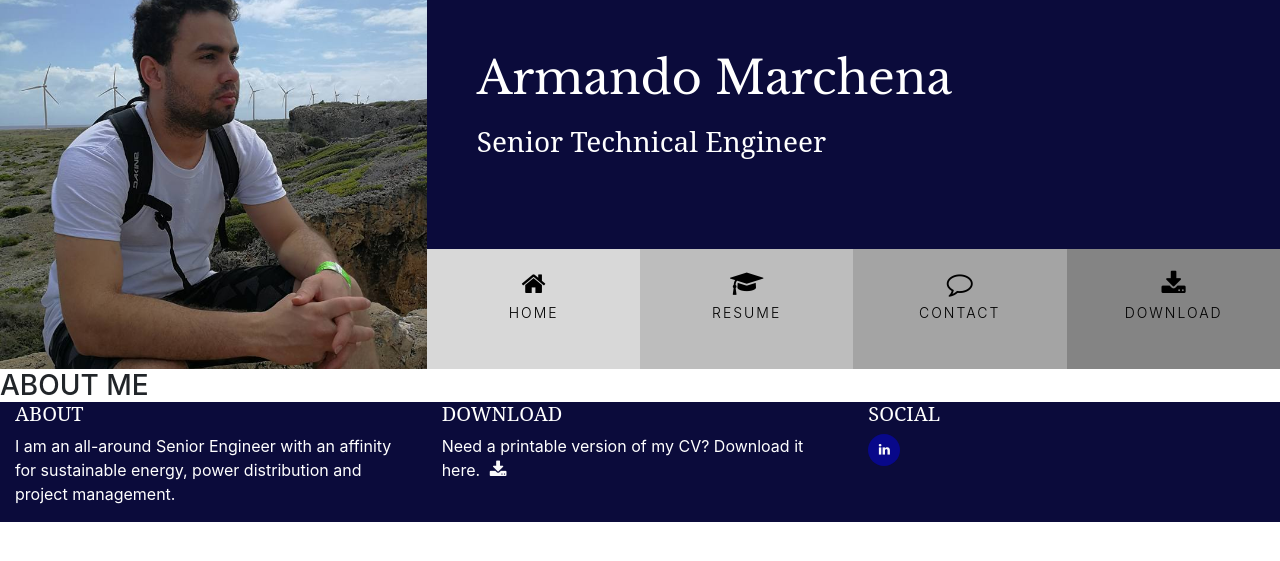
Repository: dugudugu/Resume-A-Marchena
Page: index.html
The author's editor kept a record of every edit. The page is drawn from the files as they stood at one moment, then again after the next edit.
The browser window is 1280 px wide. The pictures show the whole page.

Above is the page before.

### index.html
<!DOCTYPE html>
<html lang="en">

<head>
    <meta charset="UTF-8">
    <meta name="viewport" content="width=device-width, initial-scale=1.0">
    <meta http-equiv="X-UA-Compatible" content="ie=edge">
    <link rel="stylesheet" href="https://stackpath.bootstrapcdn.com/bootstrap/4.3.1/css/bootstrap.min.css" type="text/css" />
    <link rel="stylesheet" href="https://stackpath.bootstrapcdn.com/font-awesome/4.7.0/css/font-awesome.min.css" type="text/css" />
    <link rel="stylesheet" href="https://cdnjs.cloudflare.com/ajax/libs/hover.css/2.3.1/css/hover-min.css" type="text/css" />
    <link rel="stylesheet" href="assets/css/style.css" />
    <title>A. Marchena</title>
</head>

<body>

    <header>
        <div class="row no-gutters">
            <a href="index.html" class="col-md-4 logo"></a>

            <div class="col-md-8">
                <div class="row bg-color-name-title no-gutters">
                    <div class="col heading">
                        <h1 class="name"> Armando Marchena </h1>
                        <h2 class="title"> Senior Technical Engineer </h2>
                    </div>
                </div>

                <div class="row no-gutters">
                    <div class="col">
                        <ul id="nav" class="list-inline menucontainer">
                            <li class="col-6 col-sm-3 ui-menu-color-home list-inline-item menuitem">
                                <a href="#" class="hvr-sweep-to-bottom"><i class="fa fa-home" aria-hidden="true"></i><span>Home</span></a>
                            </li>
                            <li class="col-6 col-sm-3 ui-menu-color-resume list-inline-item menuitem">
                                <a href="#" class="hvr-sweep-to-bottom"><i class="fa fa-graduation-cap" aria-hidden="true"></i><span>Resume</span></a>
                            </li>
                            <li class="col-6 col-sm-3 ui-menu-color-contact list-inline-item menuitem">
                                <a href="#" class="hvr-sweep-to-bottom"><i class="fa fa-comment-o" aria-hidden="true"></i><span>Contact</span></a>
                            </li>
                            <li class="col-6 col-sm-3 ui-menu-color-download list-inline-item menuitem">
                                <a href="#" class="hvr-sweep-to-bottom"><i class="fa fa-download" aria-hidden="true"></i><span>Download</span></a>
                            </li>
                        </ul>
                    </div>
                </div>



            </div>
        </div>
    </header>

    <section class="container-fluid">
        <div class="row row-table">
            <div class="col-md-8-color-three-reasons section-column">
                <div class="row">
                    <div class="col">
                        <h3 class="section-heading uppercase">About Me</h3>
                    </div>
                </div>
            </div>
        </div>

    </section>

    <footer class="container-fluid">
        <div id="footer-details" class="row">
            <div class="col-sm-4">
                <h5 class="uppercase general-sub">About</h5>
                <p class="inline-block">
                    I am an all-around Senior Engineer with an affinity for sustainable energy, power distribution and project management.
                </p>
            </div>
            <div class="col-sm-4">
                <h5 class="uppercase general-sub">Download</h5>
                <p class="inline-block">
                    Need a printable version of my CV? Download it here.
                    <a href="#" target="_blank" class="cv-pdf">
                        <i class="fa fa-download" aria-hidden="true"></i>
                        <span class="sr-only">Download link.</span>
                        </a>
                </p>
            </div>
            <div class="col-sm-4">
                <h5 class="uppercase general-sub">Social</h5>
                <ul class="list-inline social-links">
                    <li class="list-inline-item">
                        <a target="_blank" href="#">
                            <i class="fa fa-linkedin" aria-hidden="true"></i>
                        <span class="sr-only">LinkedIn</span>
                        </a>
                    </li>
                </ul>
            </div>
        </div>
    </footer>


</body>


</html>

### assets/css/style.css
@import url('https://fonts.googleapis.com/css?family=Noto+Serif:100,200,300,400,500,600,700|Libre+Baskerville:100,200,300,400,500,600,700');

/*------------------------------------------Colors */

.bg-color-name-title {
    background-color: #0B0B3B;
}

.ui-menu-color-home {
    background-color: #D8D8D8;
}

.ui-menu-color-resume {
    background-color: #BDBDBD;
}

.ui-menu-color-contact {
    background-color: #A4A4A4;
}

.ui-menu-color-download {
    background-color: #848484;
}


/*------------------------------------------Special  */

h1,
h2,
h3,
h4 {
    margin: 0;
}

.uppercase {
    text-transform:uppercase;
}

.general-sub {
    font-family:"Noto Serif", sans-serif;
    font-weight:300;
    color: #fff;
}

.inline-block {
    display:inline-block;
}

/*------------------------------------------Heading */

header {
    margin: 0;

}

.heading {
    margin-left: 50px;
}

.logo {
    background: url("../images/A. Marchena.jpg");
    background-position: center;
    background-repeat: no-repeat;
    background-size: cover;
    min-height: 360px;
    transition: all .5s ease-in-out;
    -moz-transition: all .5s ease-in-out;
    -webkit-transition: all .5s ease-in-out;
}

.name {
    font-family: "Libre Baskerville", Noto Serif;
    font-weight: 200;
    font-size: 46px;
    margin-top: 50px;
    color: #fff;
}

.title {
    font-family: "Noto Serif", sans-serif;
    font-weight: 100;
    font-size: 28px;
    margin-top: 20px;
    margin-bottom: 90px;
    color: #fff;
}

.list-inline-item:not(:last-child) {
    margin: 0;
}

.menucontainer {
    font-size: 0;
}

#nav {
    margin: 0;
}

#nav li {
    font-size: 14px;
    padding: 0;
}

.menuitem {
    height: 120px;
    text-align: center;
    padding: 0;
}

.menuitem a {
    width: 100%;
    text-decoration: none;
    color: #000000;
    height: 120px;
}

.menuitem a i {
    padding-top: 22px;
    display: block;
    color: #000000;
    font-size: 26px;
}

.menuitem span {
    display: block;
    width: 100%;
    padding-top: 5px;
    text-align: center;
    text-transform: uppercase;
    font-size: 14px;
    font-weight: 300;
    letter-spacing: 2px;
}


/*------------------------------------------Hover.css */

.hvr-sweep-to-bottom:before {
    background-color: rgba(0, 0, 0, 0.2);
    height: 120px;
}

/*------------------------------------------Footer */

footer{
    background: #0B0B3B;
    color: #fff;
    min-height:120px;
    margin:0;
}

.cv-pdf i {
    font-size: 18px;
    color: #fafafa;
    text-align: center;
    padding-left: 5px;
    transition: all 0.35s ease-in-out;
    -moz-transition: all 0.35s ease-in-out;
    -webkit-transition: all 0.35s ease-in-out;
    -o-transition: all 0.35s ease-in-out;
}

.cv-pdf i:hover{
    color: #e84610;
}

.social-links {
    padding-bottom: 15px;
}

.social-links li a i {
    width: 32px;
    height: 32px;
    padding: 12px 0;
    border-radius: 50%;
    font-size: 13px;
    line-height: 7px;
    text-align: center;
    color: #fafafa;
    background-color: #08088A;
    transition: all 0.35s ease-in-out;
    -moz-transition: all 0.35s ease-in-out;
    -webkit-transition: all 0.35s ease-in-out;
    -o-transition: all 0.35s ease-in-out;
}

After the next edit:
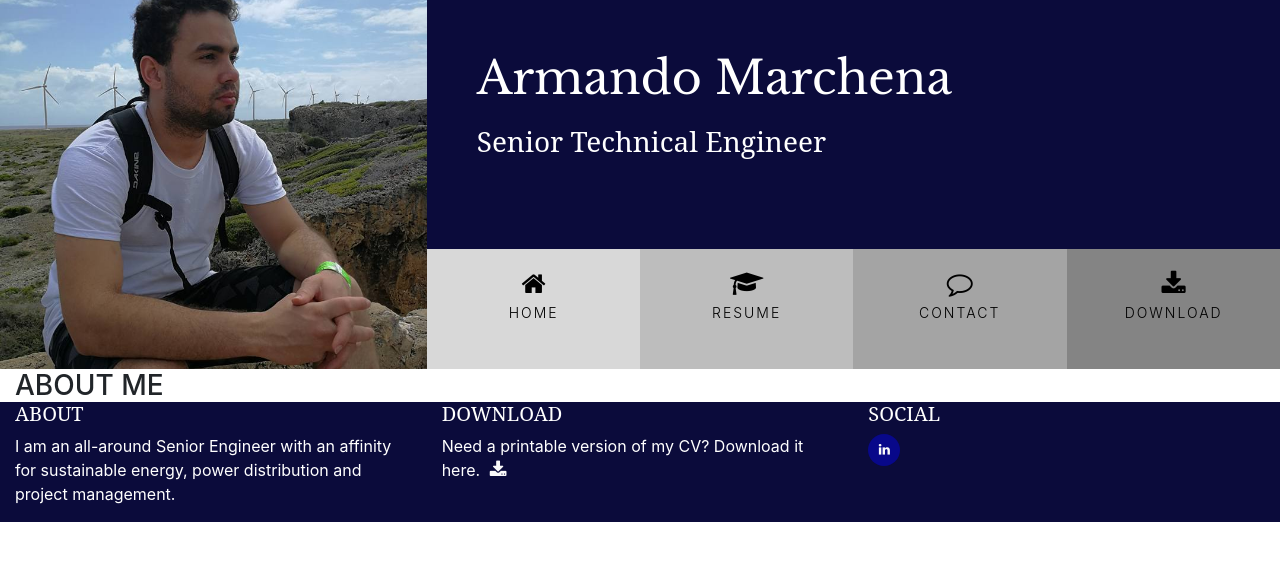
The edit:
--- a/index.html
+++ b/index.html
@@ -53,7 +53,7 @@
 
     <section class="container-fluid">
         <div class="row row-table">
-            <div class="col-md-8-color-three-reasons section-column">
+            <div class="col-md-8 bg-color-three-reasons section-column">
                 <div class="row">
                     <div class="col">
                         <h3 class="section-heading uppercase">About Me</h3>
